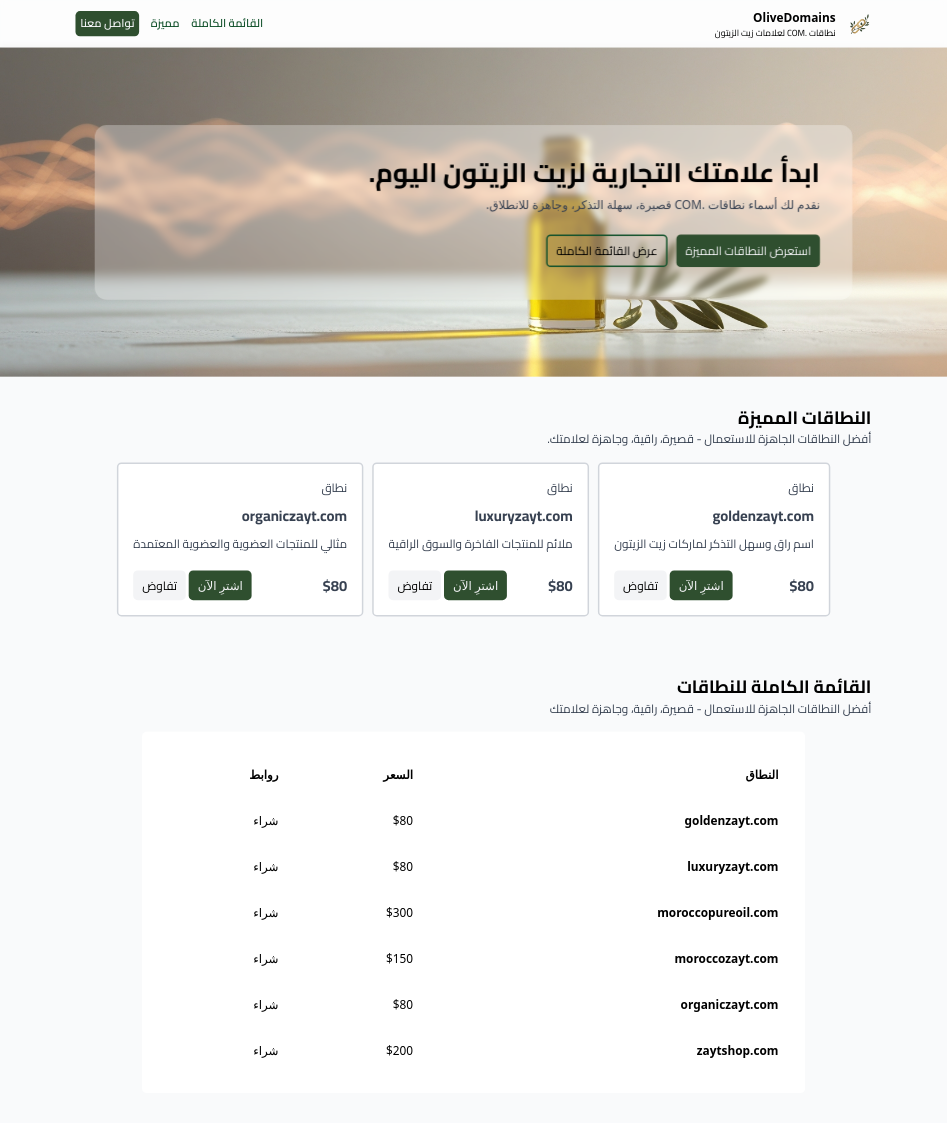
Repository: zakaria-bn05/Olive-oil-domaine-names-english-version
Page: index.html
An editor plug-in stored every save of this project. The page is shown before and after the next save, followed by the edit.
The browser window is 1280 px wide. The pictures show the whole page, at 74% of full size.
Some web libraries are served in a nearby version.

Above is the page before, as saved 2025-11-17 11:29:40.

After the next save:
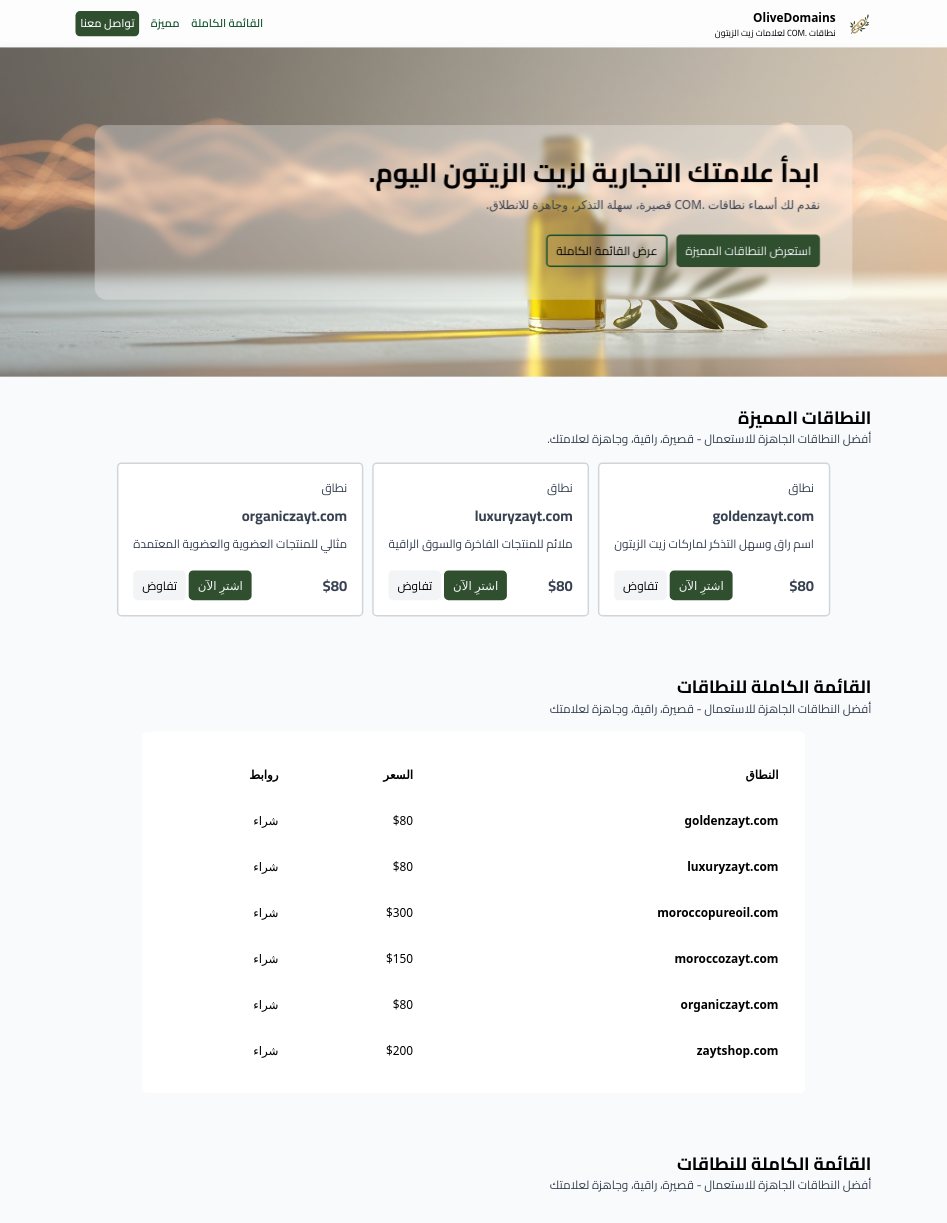
Saved 2 min 25 s later.
--- a/index.html
+++ b/index.html
@@ -198,6 +198,11 @@
             </div>
 
         </article>
+        <article class="px-[8%] py-10 margin-10">
+            <h1 class="font-cairo text-2xl font-bold"> القائمة الكاملة للنطاقات</h1>
+            <p class="font-cairo text-xm text-gray-700 ">أفضل النطاقات الجاهزة للاستعمال - قصيرة، راقية، وجاهزة لعلامتك
+            </p>
+        </article>
     </main>
 </body>
 
